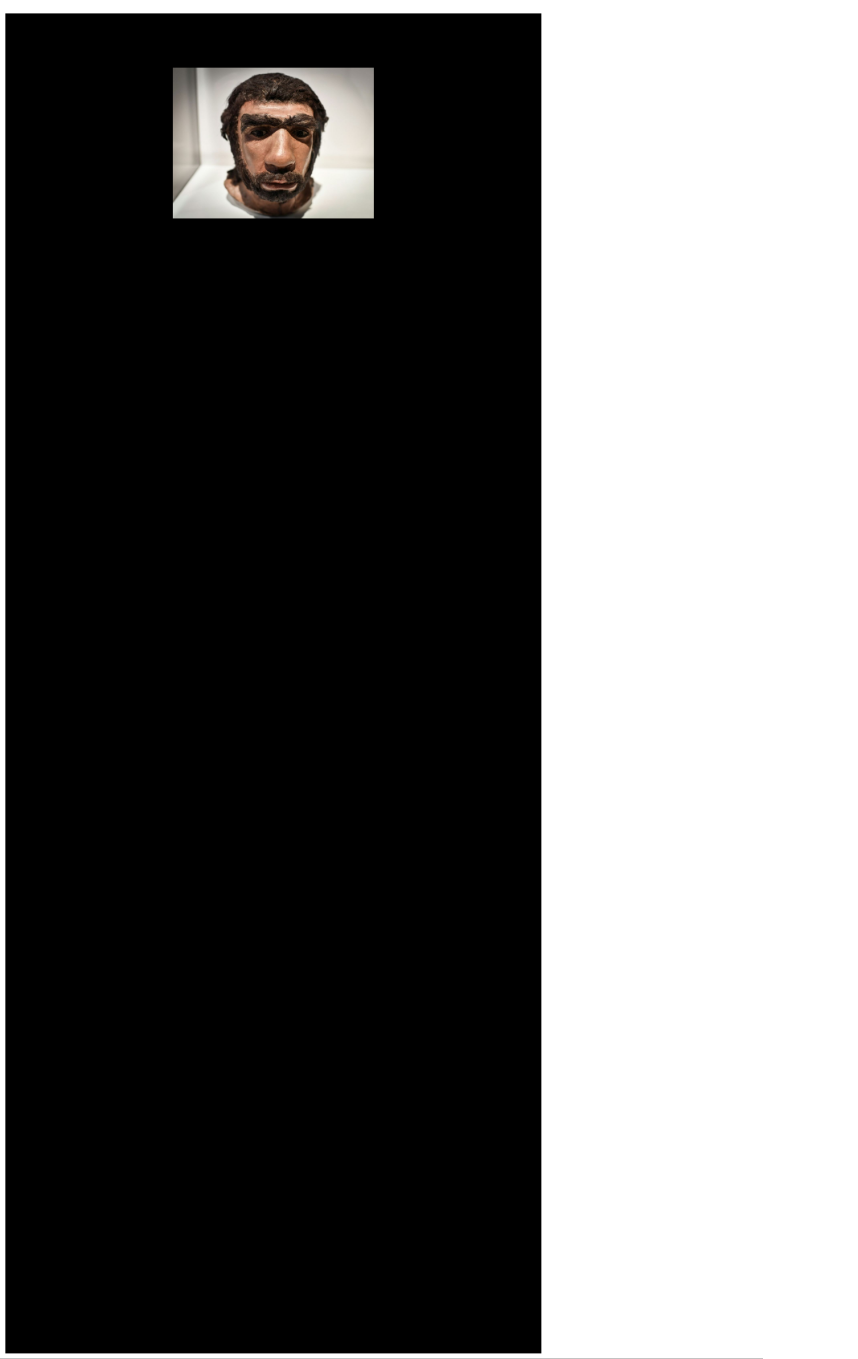
Repository: barridev/cours_devops.github.io
Page: index.html
The author's editor kept a copy of each file at every save. The page is drawn from the files as they stood at one save, then again after the next save.
The browser window is 1280 px wide. The pictures show the whole page, at 67% of full size.

Above is the page before, as saved 2022-06-13 15:35:48.

### index.html
<!DOCTYPE html>
<html lang="en">

<head>
    <meta charset="UTF-8">
    <meta http-equiv="X-UA-Compatible" content="IE=edge">
    <meta name="viewport" content="width=device-width, initial-scale=1.0">
    <title>Document</title>
    <link rel="stylesheet" href="style.css">
</head>

<body>
    <div class="div_global">
        <section class="center">
            <div class="section_1">
                <h1>A propos de moi</h1>
                <p>Je m'appelle Julien BARRI, 22 ans et actuellement en école du numérique</p>
                <img width="300x300" src="homme.jpeg" alt="homme">
            </div>
        </section>

        <section class="center">
            <div class="test">
                <h2> Mes formations </h2>
                <ul>
                    <li> 2016-2017 : Bac S</li>
                    <li> 2019 : Stage informatique</li>
                    <li> 2021-2022 : Alternance chef de projet digital</li>
                </ul>
            </div>
        </section>

        <section class="center">
            <div>
                <h2> Mes expériences </h2>
                <ul>
                    <li> 2019 : Stage Alyatique informatique (1 mois) : réparation d'ordinateurs, montage pc, etc</li>
                    <li> 1 an alternance à LA TRIBUNE : Chef de projet digital en événements</li>
                </ul>
            </div>
        </section>

        <section class="center">
            <div>
                <h2> Mes compétences</h2>
                <ul>
                    <li> Montage vidéo</li>
                    <li> Suite adobe</li>
                    <li> Suite microsoft</li>
                    <li> Compétences rédactionnelles</li>
                    <li> Langages informatiques : javascript, html, css, nodejs, python, wordpress, react</li>
                </ul>
            </div>

        </section>

        <section class="center">
            <div>
                <h2> Diplômes et certifications</h2>
                <p>2016-2017 Baccalaurét Scientifique, option Sciences de l'ingénieur</p>
            </div>

        </section class="center">

        <section class="center">
            <div>
                <h2> Hobbies</h2>
                <p>Escalade</p>
                <p>Parkour</p>
                <p>Piano</p>
                <p>Nouvelles technologies</p>
                <p>Esport (master sur league of legends)</p>
            </div>

        </section class="center">

    </div>

</body>

</html>

### style.css
.center {
    text-align: center;
}

.div_global {
    text-align: center;
    width: 800px;
    height: 2000px;
    background-color: black;

}

After the next save:
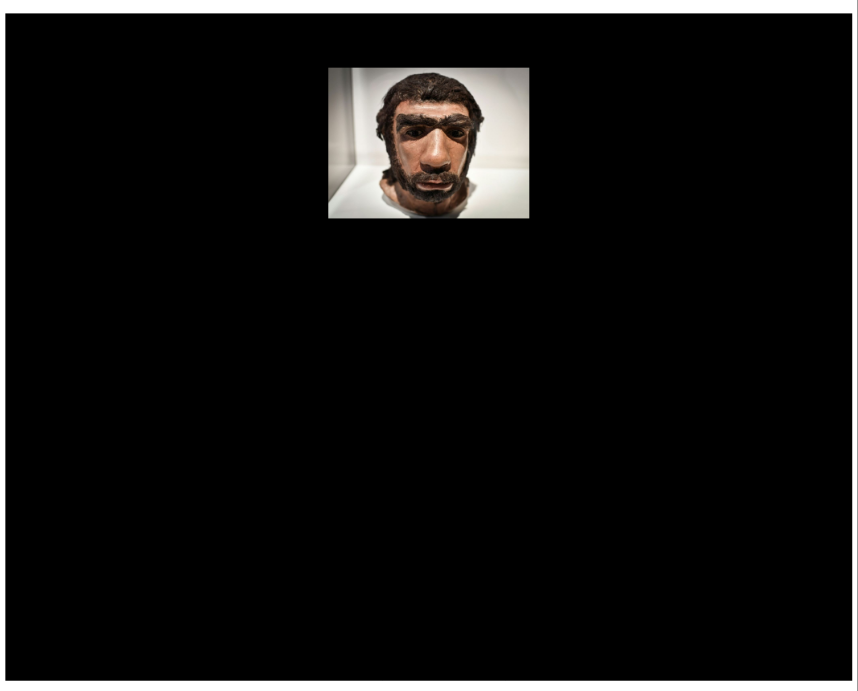
Saved 12 s later.
--- a/style.css
+++ b/style.css
@@ -4,8 +4,6 @@
 
 .div_global {
     text-align: center;
-    width: 800px;
-    height: 2000px;
     background-color: black;
 
 }
